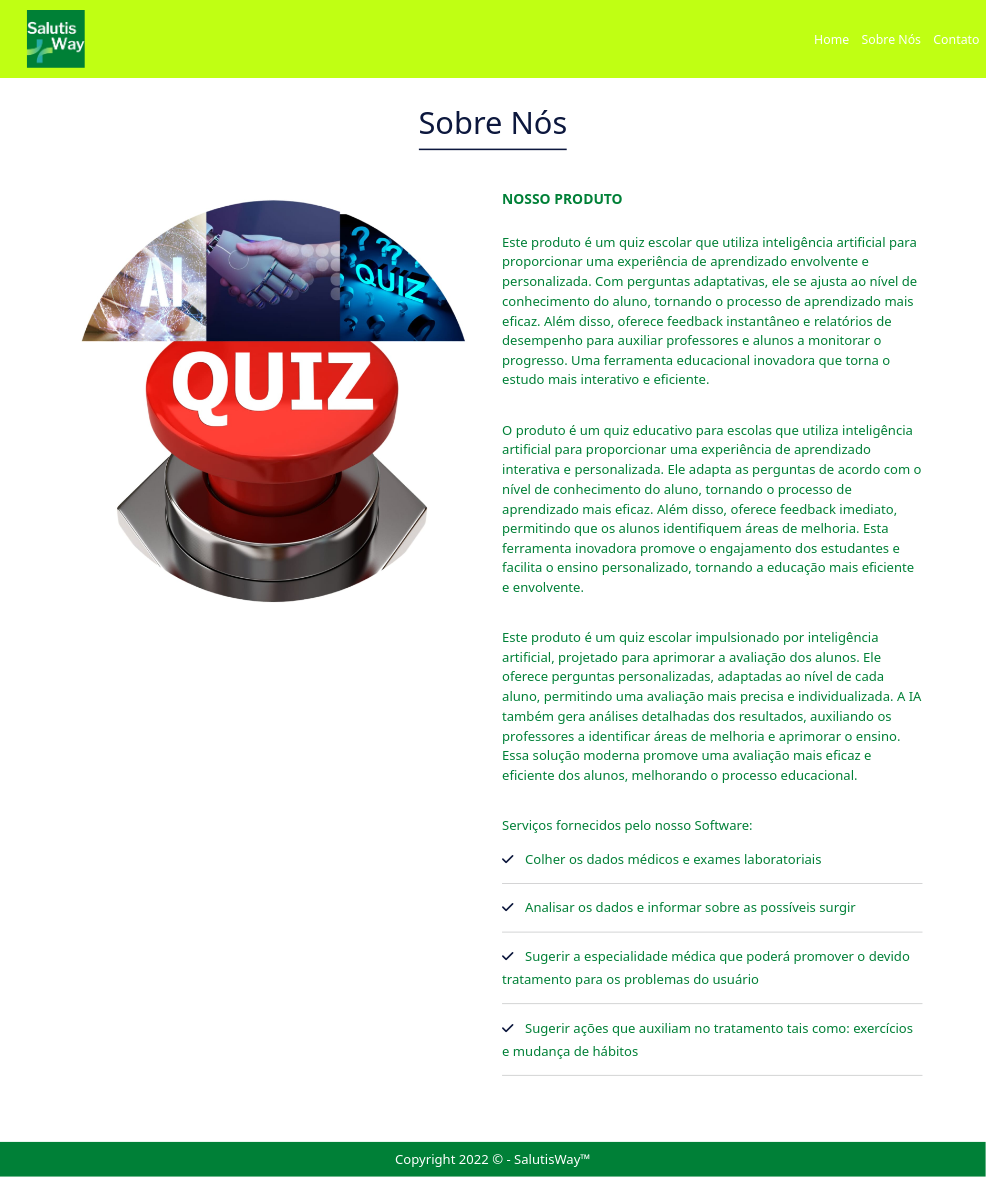
Repository: Novalt/Projeto-Back-end-4-PERIODO
Page: Site_Beta/HTML/sobre.html
These files come from the project's save history. The page is drawn as it stood at one moment and after the next save; the edit follows.
The browser window is 1280 px wide. The pictures show the whole page, at 77% of full size.
Some web libraries are served in a nearby version.

Above is the page before, as saved 2023-10-03 22:30:32.

After the next save:
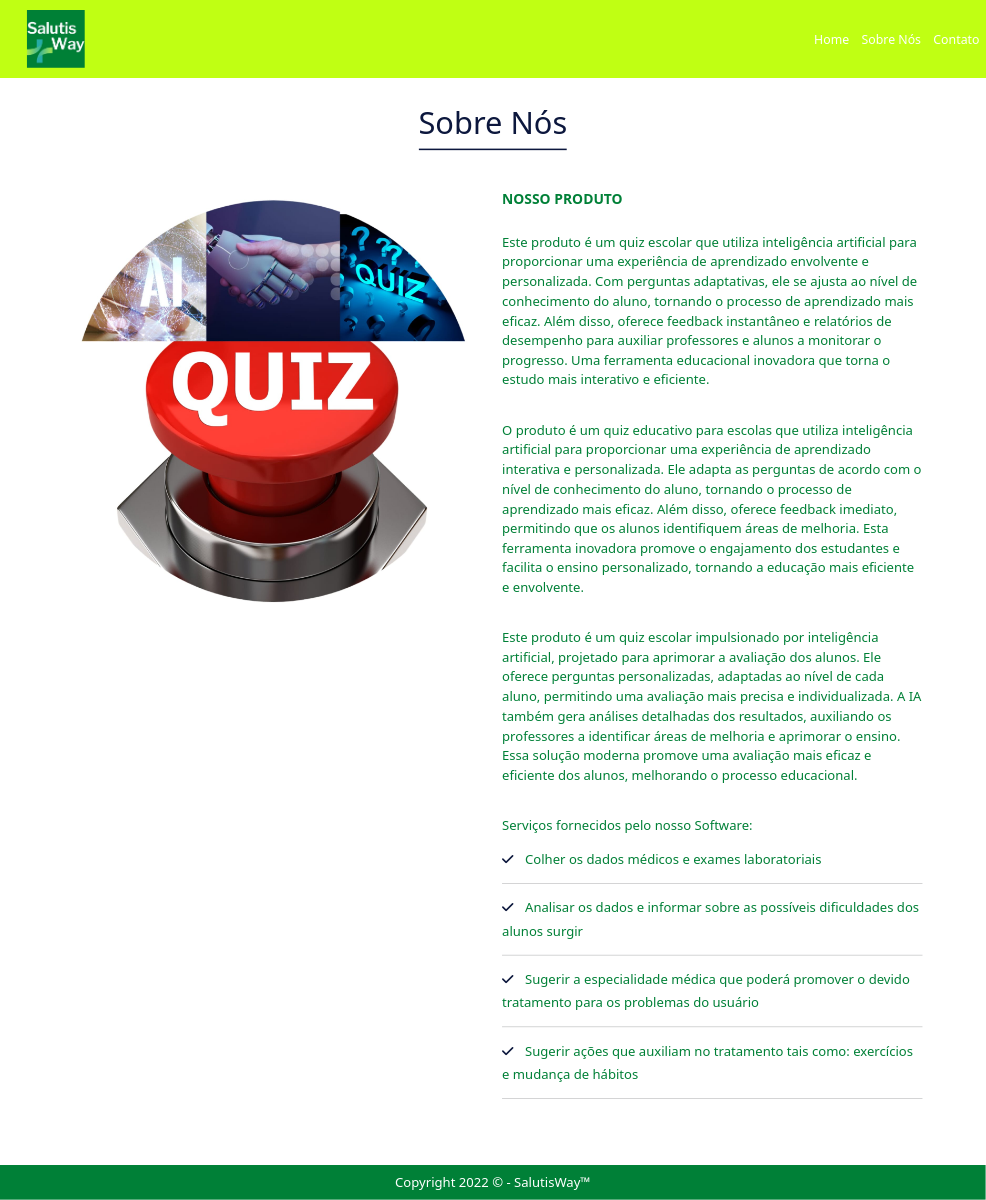
Saved 7 s later.
--- a/Site_Beta/HTML/sobre.html
+++ b/Site_Beta/HTML/sobre.html
@@ -116,7 +116,7 @@
                                 <hr>
 
                                 <li><i class="fas fa-check"></i>Analisar os dados e informar sobre as
-                                    possíveis
+                                    possíveis dificuldades dos alunos
                                     surgir</li>
                                 <hr>
 
